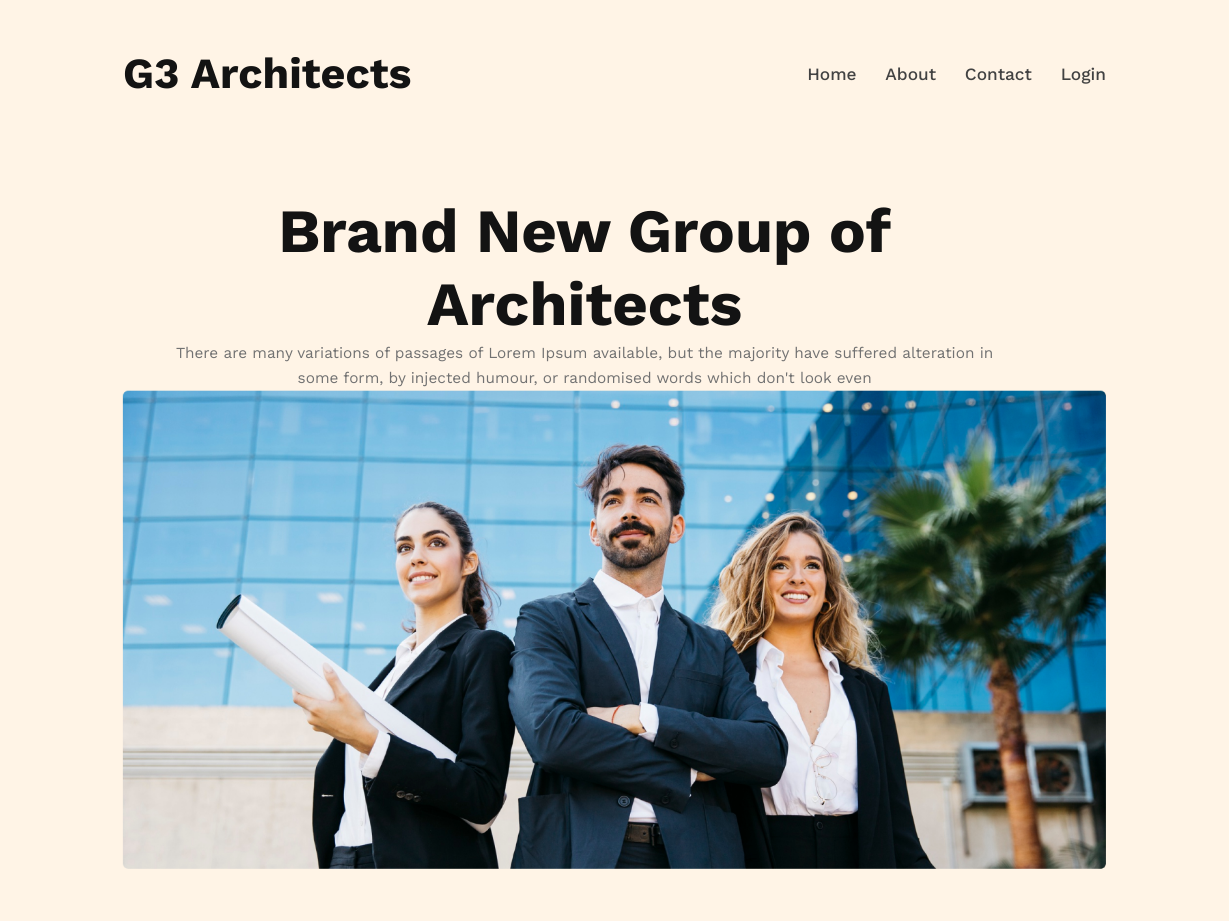
Repository: ShouravAhammed/G3-architects-webpage
Page: index.html
The author's editor kept a copy of each file at every save. The page is drawn from the files as they stood at one save, then again after the next save.
The browser window is 1280 px wide. The pictures show the whole page, at 96% of full size.

Above is the page before, as saved 2024-01-12 22:39:41.

### index.html
<!DOCTYPE html>
<html lang="en">
<head>
    <meta charset="UTF-8">
    <meta name="viewport" content="width=device-width, initial-scale=1.0">
    <title>G3 Architects</title>
    <link rel="stylesheet" href="styles/style.css">
</head>
<body>
    <header id="header">
        <div class="container">
            <nav class="navigation">
                <h3 class="website-logo">G3 Architects</h3>
                <ul class="nav">
                    <li><a href="">Home</a></li>
                    <li><a href="">About</a></li>
                    <li><a href="">Contact</a></li>
                    <li><a href="">Login</a></li>
                </ul>
            </nav>
            <section id="banner">
                <div class="banner-content">
                    <h3 class="banner-title">Brand New Group of Architects</h3>
                    <p class="banner-description">There are many variations of passages of Lorem Ipsum available, but the majority have suffered alteration in some form, by injected humour, or randomised words which don't look even</p>

                </div>
                <img src="images/banner.png" alt="">
            </section>
        </div>
    </header>
</body>
</html>

### styles/style.css
/* G3 Architects website fonts from google fonts */
@import url('https://fonts.googleapis.com/css2?family=Work+Sans:ital,wght@0,100;0,200;0,300;0,400;0,500;0,600;0,700;0,800;0,900;1,100;1,200;1,300;1,400;1,500;1,600;1,700;1,800;1,900&display=swap');

/* all body measuring */
*{
    margin: 0;
    padding: 0;
    outline: 0;
    box-sizing: border-box;
    font-family: 'Work Sans', sans-serif;
}

/* container */
.container{
    width: 80%;
    margin: 0 auto;
}


#header{
    background: rgba(255, 144, 14, 0.10);
    padding: 50px 0px;
}
.navigation{
    display: flex;
    justify-content: space-between;
    align-items: center;
}
.website-logo{
    color: #131313;
    font-size: 2.8rem;
    font-weight: 700;
    line-height: normal;
}
.navigation > .nav{
    display: flex;
    gap: 30px;
}
.nav li{
    list-style: none;
}
.nav li a{
    color: #424242;
    font-size: 18px;
    font-weight: 500;
    line-height: 26px;
    text-decoration: none;
}
/* banner section css style */
#banner{

}
#banner .banner-content{
    width: 862px;
    margin: 100px auto auto 50px;
    text-align: center;
}
.banner-content .banner-title{
    color: #131313;
    font-size: 64px;
    font-weight: 700;
}
.banner-content .banner-description{
    color: #727272;
    font-size: 16px;
    font-weight: 400;
    line-height: 26px;
}

#banner img{
    width: 100%;
}

After the next save:
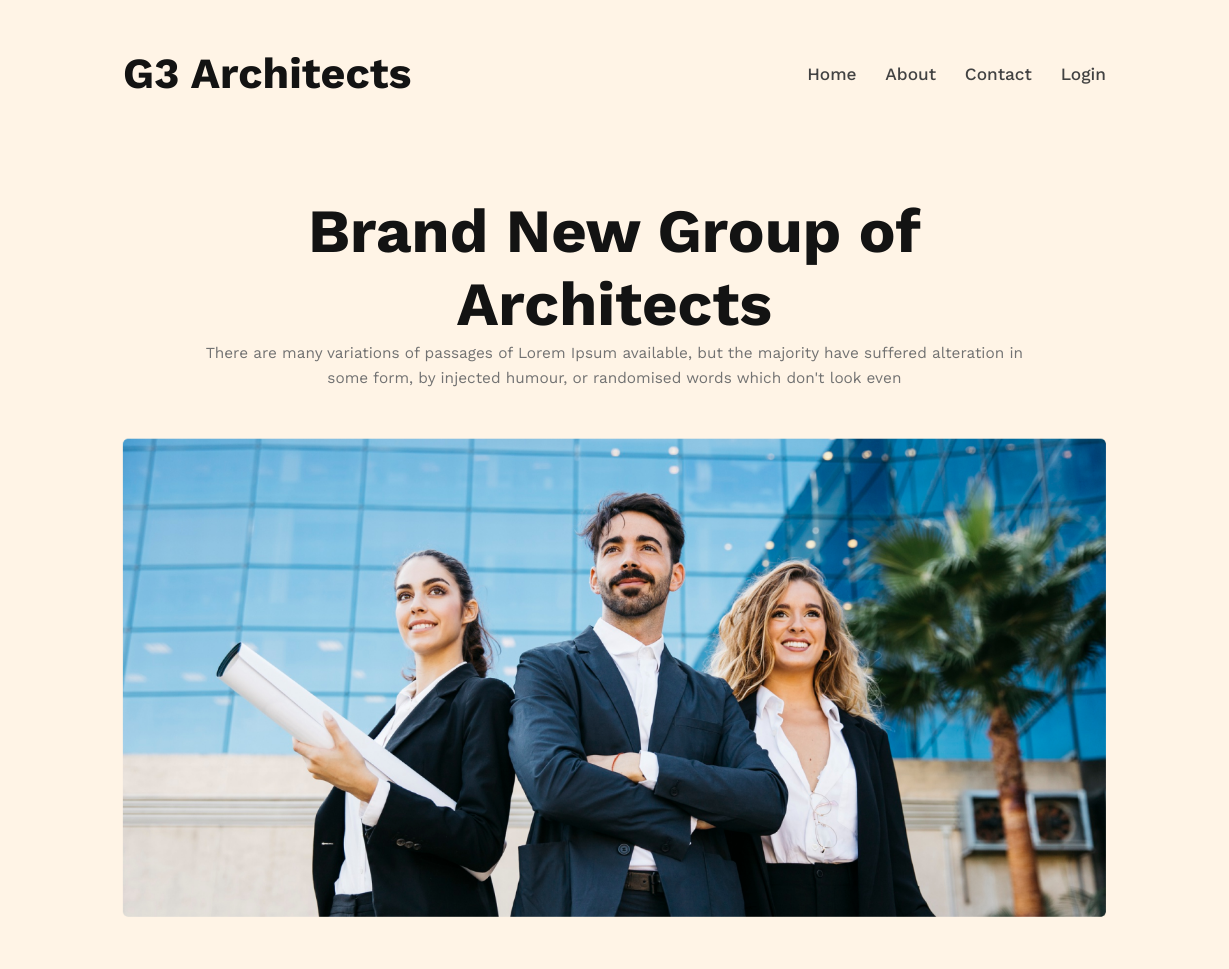
Saved 23 s later.
--- a/styles/style.css
+++ b/styles/style.css
@@ -52,7 +52,7 @@
 }
 #banner .banner-content{
     width: 862px;
-    margin: 100px auto auto 50px;
+    margin: 100px auto 50px auto;
     text-align: center;
 }
 .banner-content .banner-title{
